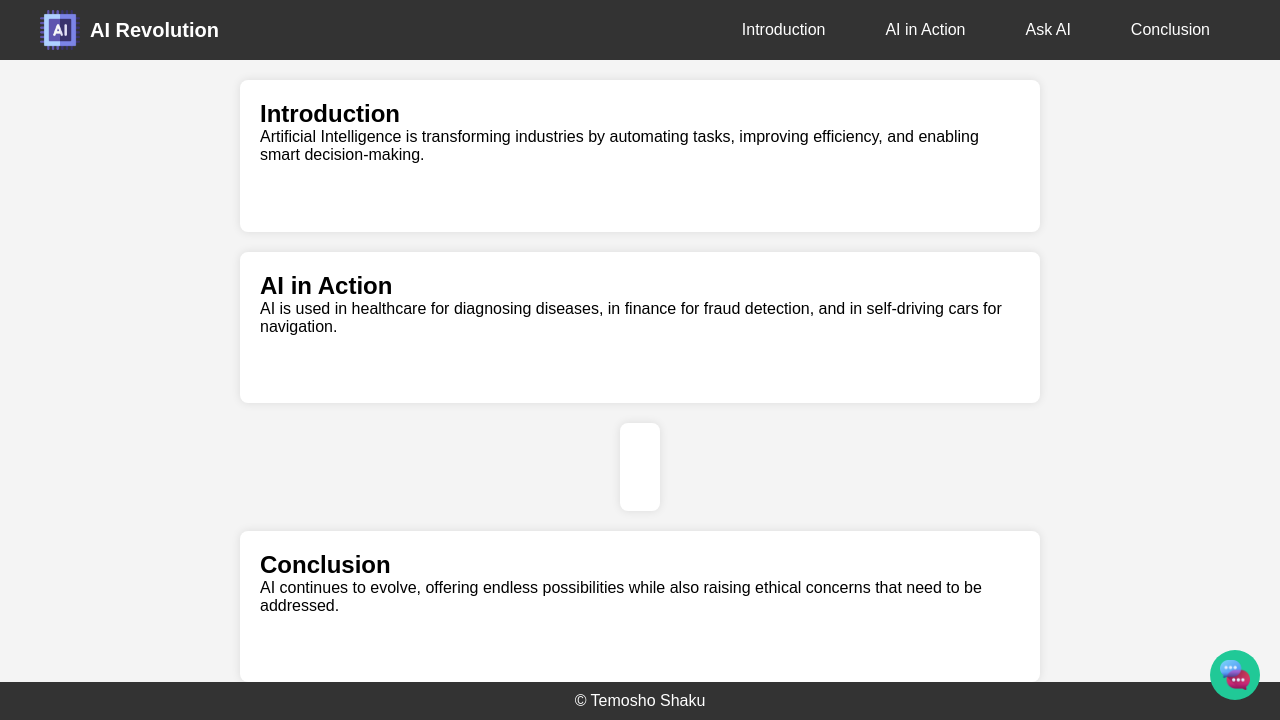
Repository: TemoshoS/ai
Page: index.html
These files come from the project's save history. The page is drawn as it stood at one moment and after the next save; the edit follows.
The browser window is 1280 px wide. The pictures show the whole page.

Above is the page before, as saved 2025-02-16 16:53:47.

### index.html
<!DOCTYPE html>
<html lang="en">
<head>
    <meta charset="UTF-8">
    <meta name="viewport" content="width=device-width, initial-scale=1.0">
    <title>AI Revolution</title>
    <link rel="stylesheet" href="styles.css">
</head>
<body>

    <nav>
        <div class="nav-container">
            <div class="logo">
                <img src="./ai.png" alt="AI Logo">
                <span>AI Revolution</span>
            </div>
            <ul class="nav-links">
                <li><a href="#intro">Introduction</a></li>
                <li><a href="#body">AI in Action</a></li>
                <li><a href="#chatbot">Ask AI</a></li>
                <li><a href="#conclusion">Conclusion</a></li>
            </ul>
        </div>
    </nav>

    <section id="intro">
        <h2>Introduction</h2>
        <p>Artificial Intelligence is transforming industries by automating tasks, improving efficiency, and enabling smart decision-making.</p>
    </section>

    <section id="body">
        <h2>AI in Action</h2>
        <p>AI is used in healthcare for diagnosing diseases, in finance for fraud detection, and in self-driving cars for navigation.</p>
    </section>

    <section id="chatbot">


        <!-- Chat Icon -->
        <div id="chatIcon">
            <img src="./speech-bubble.png" alt="Chat" />
        </div>

        <!-- Chat Box -->
        <div id="chatBox">
            <div class="chat-header">
                <span>AI Chat</span>
                <button id="closeChat">&times;</button>
            </div>
            <div class="chat-body">
                <p>Welcome! Ask me anything.</p>
            </div>
            <input type="text" id="chatInput" placeholder="Type your message...">
            <button id="sendChat">Send</button>
        </div>
    </section>


    <section id="conclusion">
        <h2>Conclusion</h2>
        <p>AI continues to evolve, offering endless possibilities while also raising ethical concerns that need to be addressed.</p>
    </section>

    <footer>
        <p>&copy; Temosho Shaku</p>
    </footer>

    <script src="script.js"></script>
</body>
</html>

### styles.css
/* GLOBAL STYLES */
* {
    margin: 0;
    padding: 0;
    box-sizing: border-box;
}

body {
    font-family: Arial, sans-serif;
    display: flex;
    flex-direction: column;
    min-height: 100vh; /* Ensures the body takes up full height */
    background-color: #f4f4f4;
}

/* NAVIGATION BAR */
nav {
    background: #333;
    padding: 10px 20px;
}

.nav-container {
    display: flex;
    justify-content: space-between;
    align-items: center;
    max-width: 1200px;
    margin: auto;
}

.logo {
    display: flex;
    align-items: center;
}

.logo img {
    width: 40px;
    height: 40px;
    margin-right: 10px;
}

.logo span {
    font-size: 20px;
    color: white;
    font-weight: bold;
}

.nav-links {
    list-style: none;
    display: flex;
    margin: 0;
    padding: 0;
}

.nav-links li {
    margin: 0 15px;
}

.nav-links li a {
    color: white;
    text-decoration: none;
    padding: 10px 15px;
    display: block;
}

.nav-links li a:hover {
    background-color: #20C997;
    border-radius: 5px;
}

/* CONTENT */
section {
    padding: 20px;
    max-width: 800px;
    margin: auto;
    background: white;
    margin-top: 20px;
    border-radius: 8px;
    box-shadow: 0px 0px 10px rgba(0, 0, 0, 0.1);
    flex-grow: 1; /* Ensures sections take remaining space */
}

/* AI CHAT */
input {
    padding: 10px;
    width: 80%;
    border: 1px solid #ccc;
    border-radius: 5px;
    margin-top: 10px;
}

button {
    background-color: #20C997;
    color: white;
    padding: 10px 20px;
    border: none;
    font-size: 16px;
    cursor: pointer;
    margin-top: 10px;
    border-radius: 5px;
}

button:hover {
    background-color: #17a589;
}

#aiResponse {
    font-weight: bold;
    color: #333;
    margin-top: 15px;
}

/* Chat Icon */
#chatIcon {
    position: fixed;
    bottom: 20px;
    right: 20px;
    background-color: #20C997;
    width: 50px;
    height: 50px;
    border-radius: 50%;
    display: flex;
    justify-content: center;
    align-items: center;
    cursor: pointer;
}

#chatIcon img {
    width: 30px;
    height: 30px;
}

/* Chat Box */
#chatBox {
    position: fixed;
    bottom: 80px;
    right: 20px;
    width: 300px;
    background: white;
    box-shadow: 0px 0px 10px rgba(0, 0, 0, 0.2);
    border-radius: 8px;
    display: none;
    flex-direction: column;
}

.chat-header {
    background: #20C997;
    color: white;
    padding: 10px;
    display: flex;
    justify-content: space-between;
    align-items: center;
    font-weight: bold;
}

.chat-header button {
    background: none;
    border: none;
    color: white;
    font-size: 20px;
    cursor: pointer;
}

.chat-body {
    padding: 10px;
    max-height: 200px;
    overflow-y: auto;
}

#chatInput {
    width: 80%;
    padding: 10px;
    border: 1px solid #ccc;
    border-radius: 5px;
    margin: 10px;
}

#sendChat {
    background-color: #20C997;
    color: white;
    padding: 10px;
    border: none;
    cursor: pointer;
    border-radius: 5px;
}

/* FOOTER */
footer {
    background-color: #333;
    color: white;
    padding: 10px;
    text-align: center;
    margin-top: auto; /* Ensures the footer is at the bottom */
}

/* Responsive Styles */
@media screen and (max-width: 768px) {
    .nav-links {
        flex-direction: column;
        align-items: center;
    }

    .nav-links li {
        margin: 10px 0;
    }

    #chatBox {
        width: 80%;
        right: 10px;
        bottom: 70px;
    }

    #chatInput {
        width: 70%;
    }
}

### script.js
document.getElementById("chatIcon").addEventListener("click", function () {
    document.getElementById("chatBox").style.display = "flex";
});

document.getElementById("closeChat").addEventListener("click", function () {
    document.getElementById("chatBox").style.display = "none";
});

document.getElementById("sendChat").addEventListener("click", function () {
    let userInput = document.getElementById("chatInput").value.trim();
    let chatBody = document.querySelector(".chat-body");

    if (!userInput) {
        alert("Please enter a message!");
        return;
    }

    // Display user message
    let userMessage = document.createElement("p");
    userMessage.style.textAlign = "right";
    userMessage.style.color = "#20C997";
    userMessage.innerText = "You: " + userInput;
    chatBody.appendChild(userMessage);

    document.getElementById("chatInput").value = "";

    // Simulate AI response
    setTimeout(() => {
        let fakeResponses = [
            "AI helps automate repetitive tasks.",
            "Machine learning enables computers to learn from data.",
            "AI is used in chatbots, self-driving cars, and healthcare.",
            "AI raises ethical concerns, including bias and job automation.",
            "AI can improve cybersecurity by detecting threats."
        ];

        let randomResponse = fakeResponses[Math.floor(Math.random() * fakeResponses.length)];

        let aiMessage = document.createElement("p");
        aiMessage.style.textAlign = "left";
        aiMessage.style.color = "#333";
        aiMessage.innerText = "AI: " + randomResponse;
        chatBody.appendChild(aiMessage);

        chatBody.scrollTop = chatBody.scrollHeight;
    }, 1500);
});

After the next save:
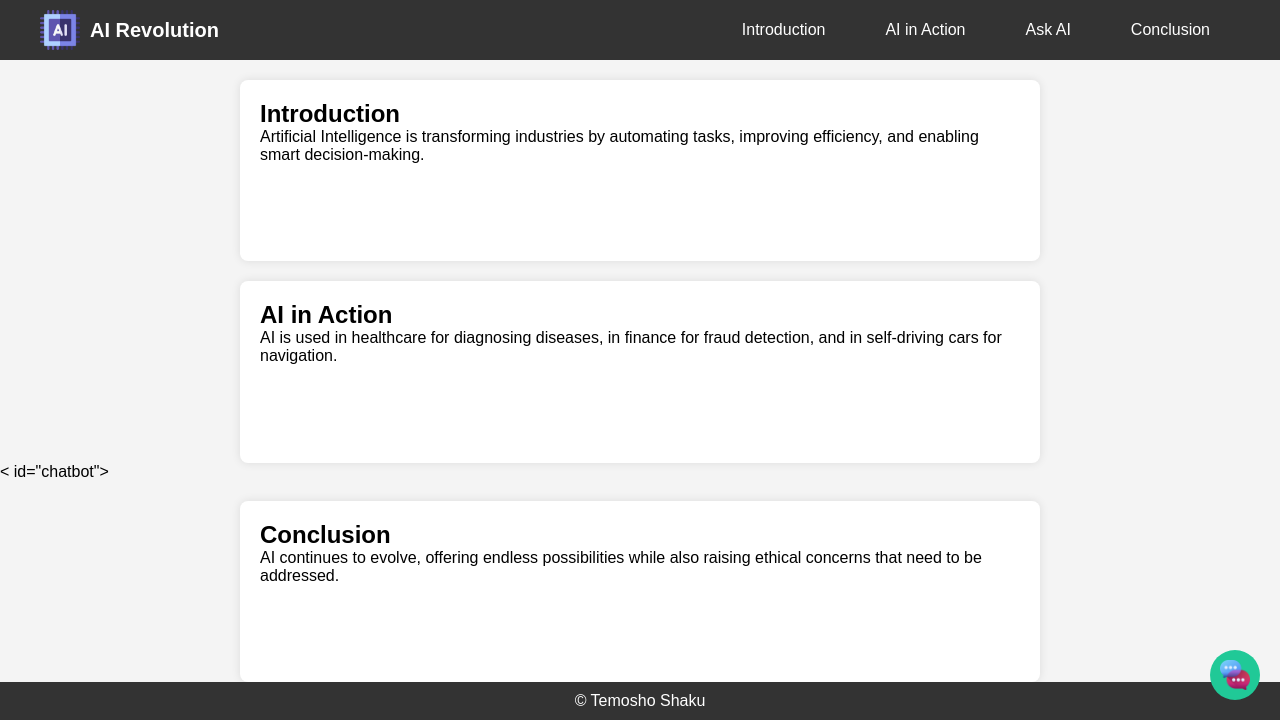
Saved 18 s later.
--- a/index.html
+++ b/index.html
@@ -33,7 +33,7 @@
         <p>AI is used in healthcare for diagnosing diseases, in finance for fraud detection, and in self-driving cars for navigation.</p>
     </section>
 
-    <section id="chatbot">
+    < id="chatbot">
 
 
         <!-- Chat Icon -->
